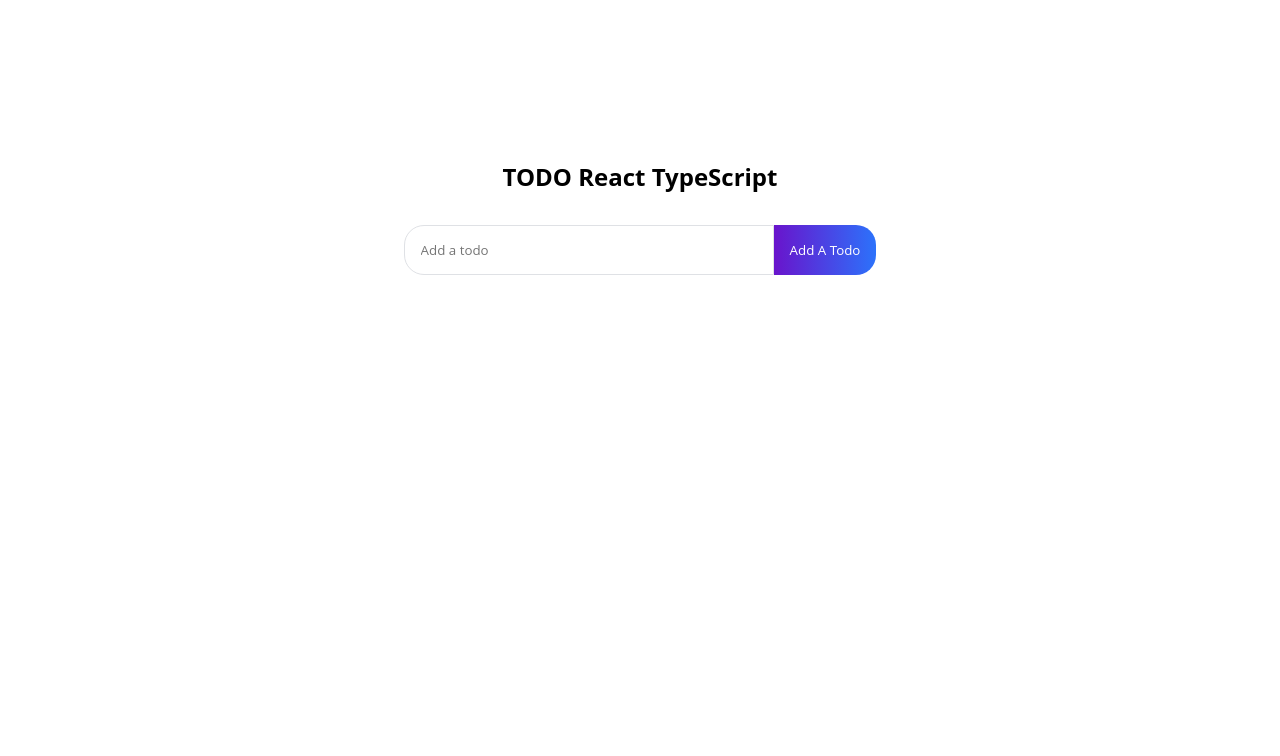
Repository: gligor99/todo-ts-react
Page: /
The author's editor kept a copy of each file at every save. The page is drawn from the files as they stood at one save, then again after the next save.
The browser window is 1280 px wide. The pictures show the whole page.
The project was rebuilt for these pictures with package versions that can differ from the ones it lists, and the page was loaded fresh each time. Also part of the build but not shown: src/components/TodoListItem.tsx.

Above is the page before, as saved 2021-11-19 21:35:54.

### src/App.tsx
import React, { useState } from "react";
import "./App.css";
import TodoForm from "./components/TodoForm";
import TodoList from "./components/TodoList";

function App() {
  const [todos, setTodos] = useState<Array<Todo>>([]);

  const addTodo: AddTodo = (newTodo) => {
    if (newTodo !== "") {
      setTodos([...todos, { text: newTodo, complete: false }]);
    }
  };

  const toggleComplete: ToggleComplete = (selectedTodo) => {
    const updatedTodos = todos.map((todo) => {
      if (todo === selectedTodo) {
        return { ...todo, complete: !todo.complete };
      }
      return todo;
    });
    setTodos(updatedTodos)
  };

  return (
    <div className="todo-app">
      <h1>TODO React TypeScript</h1>
      <TodoForm addTodo={addTodo} />
      <TodoList todos={todos} toggleComplete={toggleComplete} />
    </div>
  );
}

export default App;

### src/App.css
* {
  font-family: 'Open Sans';
}

.todo-app {
  display: flex;
  flex-direction: column;
  justify-content: start;
  width: 500px;
  min-height: 500px;
  background: white;
  text-align: center;
  margin: 128px auto;
  border-radius: 5px;
}

h1 {
  margin: 32px 0;
  font-size: 24px;
}

.completed {
  text-decoration: line-through;
  opacity: 0.4;
}

.todo-form {
  margin-bottom: 32px;
}

.todo-button {
  padding: 16px;
  border: none;
  border-radius: 0 20px 20px 0;
  cursor: pointer;
  outline: none;
  background: linear-gradient(
    90deg,
    rgba(105, 20, 204, 1) 0%,
    rgba(44, 114, 251, 1) 100%
  );
  color: #fff;
  text-transform: capitalize;
}

.todo-input {
  padding: 15px 32px 15px 16px;
  border-radius: 20px 0 0 20px;
  border: 1px solid #dfe1e5;
  outline: none;
  width: 320px;
  background: transparent;
}

.todo-input.edit {
  border: 2px solid #149fff;
}

.todo-button.edit {
  background: linear-gradient(
    90deg,
    rgba(20, 159, 255, 1) 0%,
    rgba(17, 122, 255, 1) 100%
  );
  padding: 16px 22px;
}

.todo-container {
  display: flex;
  flex-direction: row;
  position: relative;
}

ul {
  list-style-type: none;
  padding: 0;
  margin: 0;
}

.todo-row li{
  display: flex;
  justify-content: flex-start;
  align-items: center;
  box-shadow: rgba(149, 157, 165, 0.2) 0px 8px 24px;
  margin: 4px auto;

  padding: 16px;
  border-radius: 20px;
  width: 80%;
}

.todo-row input {
  margin-right: 10px;
}

### src/components/TodoForm.tsx
import React, { ChangeEvent, FormEvent, useState } from "react";

interface TodoFormProps {
  addTodo: AddTodo;
}

const TodoForm: React.FC<TodoFormProps> = ({ addTodo }) => {
  const [newTodo, setNewTodo] = useState<string>("");

  const handleChange = (e: ChangeEvent<HTMLInputElement>) => {
    setNewTodo(e.target.value);
  };

  const handleSubmit = (e: FormEvent<HTMLButtonElement>) => {
    e.preventDefault();
    addTodo(newTodo);
    setNewTodo("");
  };

  return (
    <form className="todo-form">
      <input
        type="text"
        value={newTodo}
        className="todo-input"
        placeholder="Add a todo"
        onChange={handleChange}
      />
      <button type="submit" className="todo-button" onClick={handleSubmit}>
        Add a todo
      </button>
    </form>
  );
};

export default TodoForm;

### src/components/TodoList.tsx
import React from "react";
import TodoListItem from "./TodoListItem";

interface TodoListProps {
  todos: Array<Todo>;
  toggleComplete: ToggleComplete;
}

const TodoList: React.FC<TodoListProps> = ({ todos, toggleComplete }) => {
  return (
    <ul>
      {todos.map((todo) => {
          return (
              <ul>
                  <TodoListItem key={todo.text} todo={todo} toggleComplete={toggleComplete}/>
              </ul>
          )
      })}
    </ul>
  );
};

export default TodoList;

Loaded but not shown: public/index.html (common file); src/index.tsx (common file); src/index.css (common file); src/reportWebVitals.ts (common file)

After the next save:
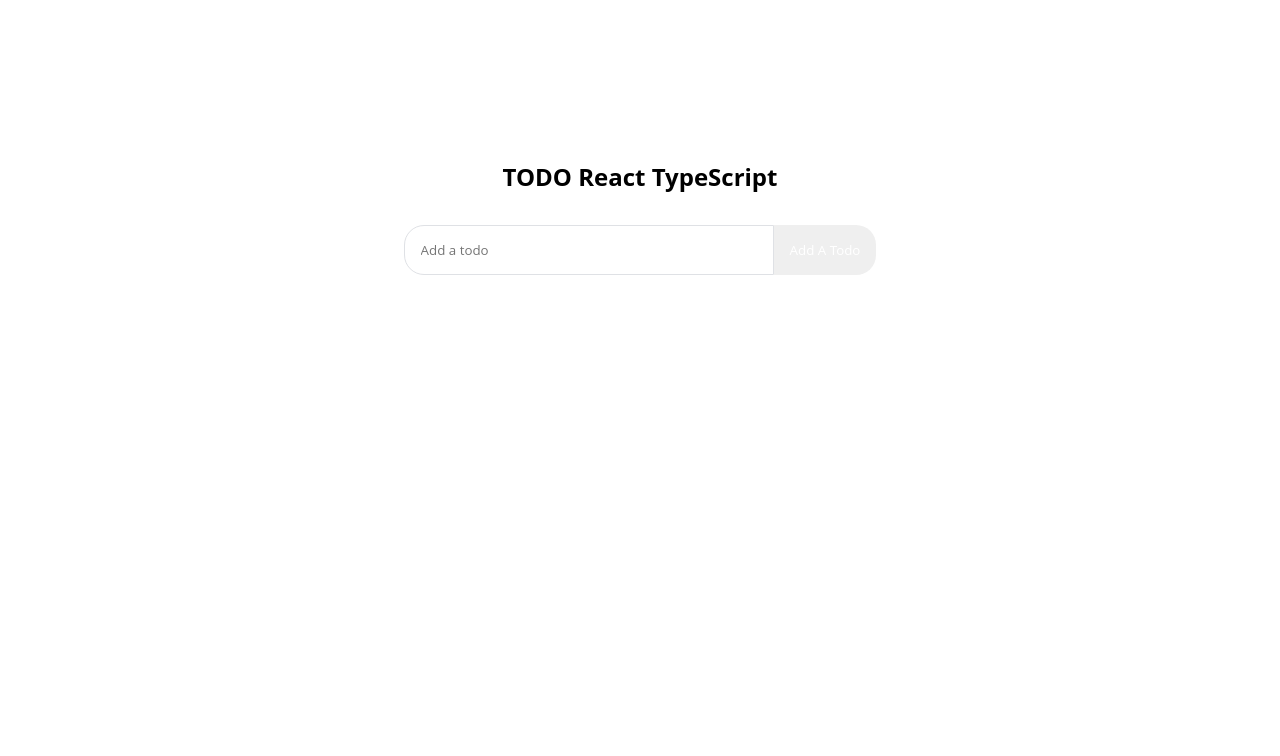
Saved 26 s later.
--- a/src/App.css
+++ b/src/App.css
@@ -34,11 +34,6 @@ h1 {
   border-radius: 0 20px 20px 0;
   cursor: pointer;
   outline: none;
-  background: linear-gradient(
-    90deg,
-    rgba(105, 20, 204, 1) 0%,
-    rgba(44, 114, 251, 1) 100%
-  );
   color: #fff;
   text-transform: capitalize;
 }
